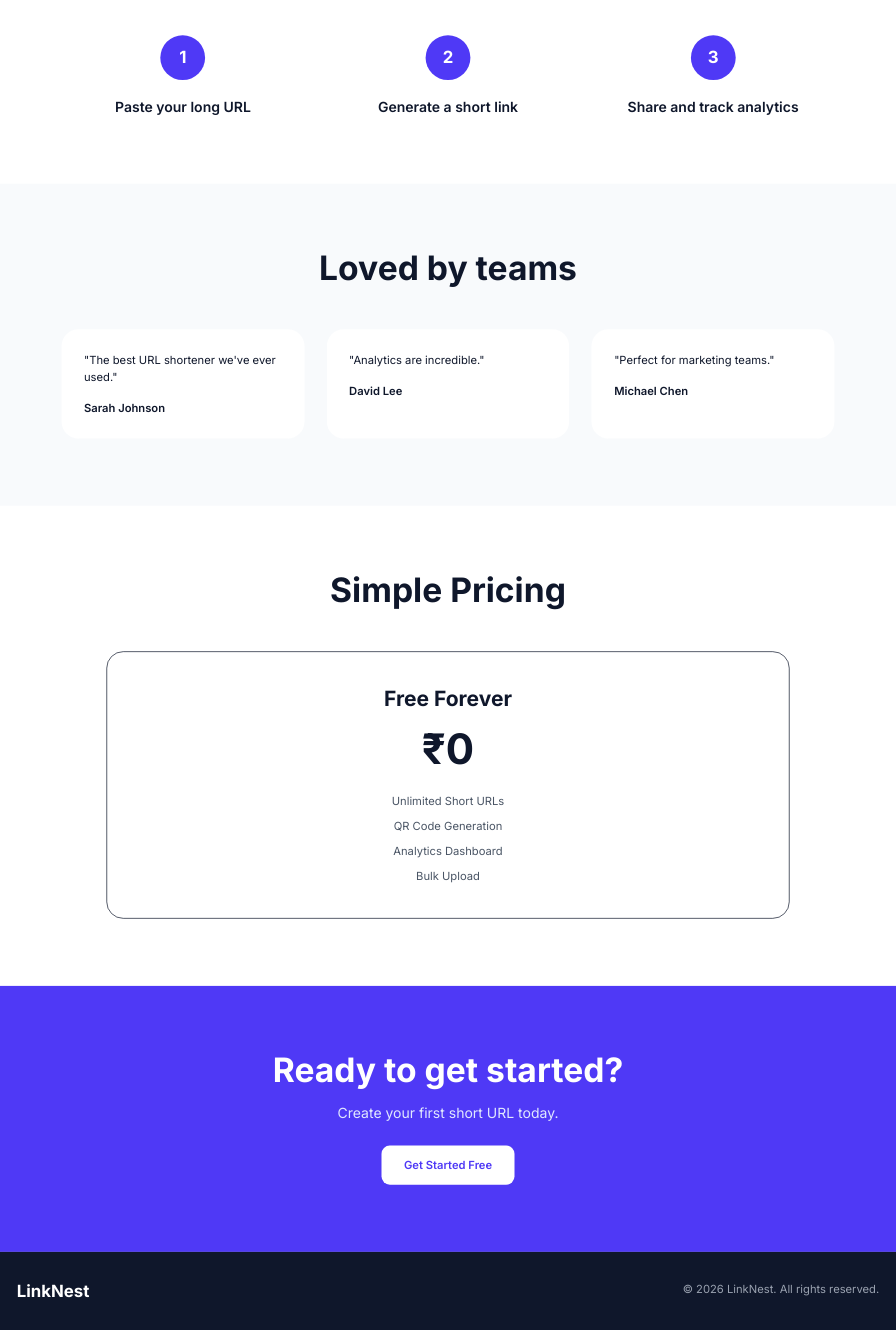
Repository: kiran2k5-ai/Url-Short
Page: / (app in url-shortener-frontend/)
The author's editor kept a copy of each file at every save. The page is drawn from the files as they stood at one save, then again after the next save.
The browser window is 1280 px wide. The pictures show the part of the page from y = 1689 to 3609 px (the page is 3589 px tall before and 3609 px after), at 70% of full size.
The page's requests for data from a server got no answer. The project was rebuilt for these pictures with package versions that can differ from the ones it lists, and the page was loaded fresh each time. No one was signed in, and anything a server would have sent is missing. Also part of the build but not shown: url-shortener-frontend/vite.config.js, url-shortener-frontend/src/services/api.js, url-shortener-frontend/src/services/authService.js, url-shortener-frontend/src/pages/Login.jsx, url-shortener-frontend/src/pages/Signup.jsx, url-shortener-frontend/src/api.js, url-shortener-frontend/src/context/AuthContext.jsx, url-shortener-frontend/src/pages/Dashboard.jsx and 1 more.

Above is the page before, as saved 2026-06-03 15:31:46.

After the next save:
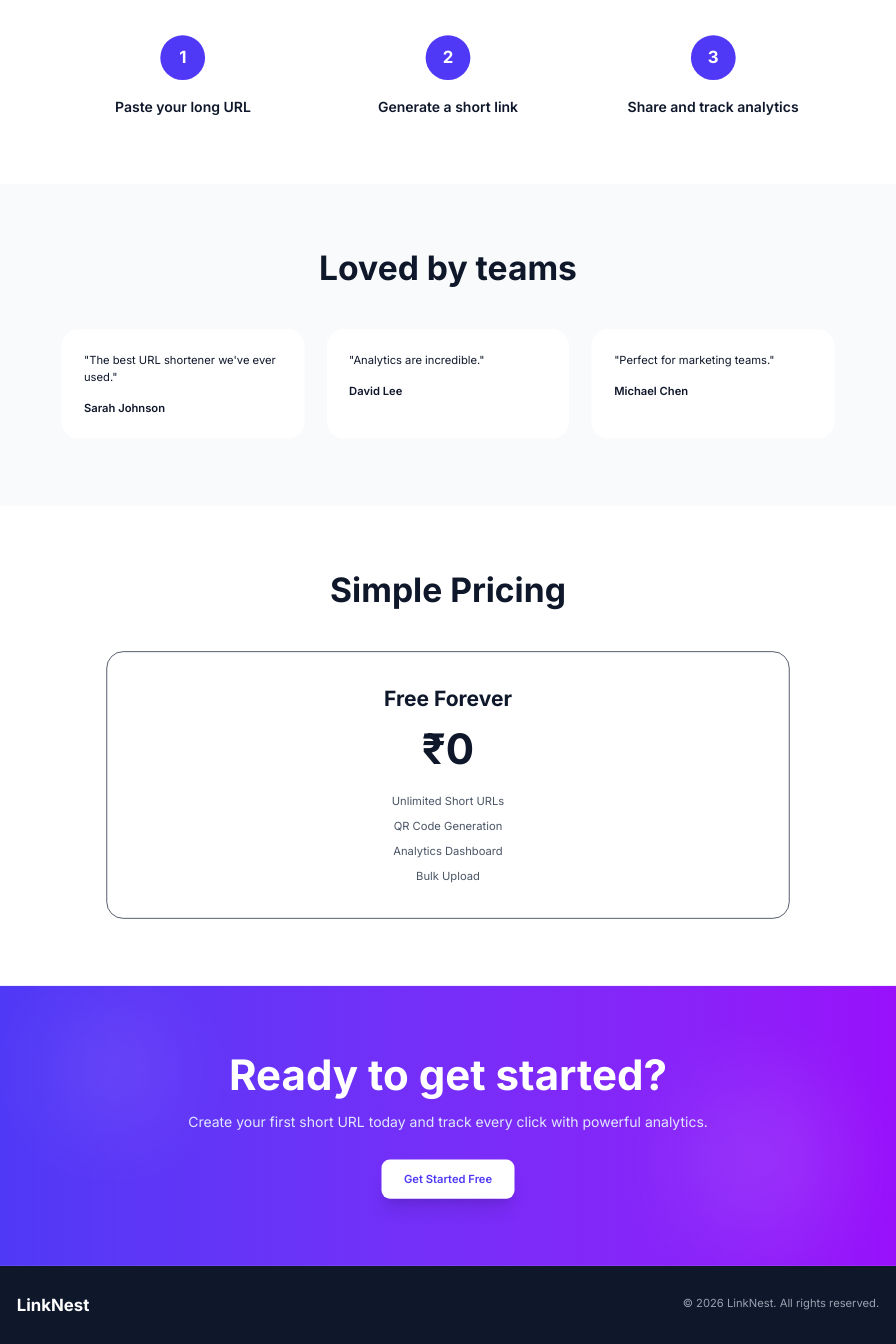
Saved 100 s later.
--- a/url-shortener-frontend/src/components/CTA.jsx
+++ b/url-shortener-frontend/src/components/CTA.jsx
@@ -1,28 +1,113 @@
 import { Link } from "react-router-dom";
+import { motion } from "framer-motion";
 
 function CTA() {
 
     return (
-        <section className="py-24 bg-indigo-600 text-white">
+        <section className="relative overflow-hidden py-24 bg-gradient-to-r from-indigo-600 to-purple-600 text-white">
 
-            <div className="max-w-5xl mx-auto px-6 text-center">
+            <div className="absolute top-10 left-20 w-40 h-40 rounded-full bg-white/10 blur-3xl"></div>
 
-                <h2 className="text-5xl font-bold">
+            <div className="absolute bottom-10 right-20 w-56 h-56 rounded-full bg-white/10 blur-3xl"></div>
+
+            <motion.div
+                initial={{
+                    opacity: 0,
+                    y: 40
+                }}
+                whileInView={{
+                    opacity: 1,
+                    y: 0
+                }}
+                viewport={{
+                    once: true
+                }}
+                transition={{
+                    duration: 0.8
+                }}
+                className="max-w-5xl mx-auto px-6 text-center relative z-10"
+            >
+
+                <motion.h2
+                    initial={{
+                        opacity: 0,
+                        y: 20
+                    }}
+                    whileInView={{
+                        opacity: 1,
+                        y: 0
+                    }}
+                    viewport={{
+                        once: true
+                    }}
+                    transition={{
+                        delay: 0.2,
+                        duration: 0.6
+                    }}
+                    className="text-5xl md:text-6xl font-bold"
+                >
                     Ready to get started?
-                </h2>
+                </motion.h2>
 
-                <p className="mt-6 text-xl text-indigo-100">
-                    Create your first short URL today.
-                </p>
+                <motion.p
+                    initial={{
+                        opacity: 0
+                    }}
+                    whileInView={{
+                        opacity: 1
+                    }}
+                    viewport={{
+                        once: true
+                    }}
+                    transition={{
+                        delay: 0.4,
+                        duration: 0.6
+                    }}
+                    className="mt-6 text-xl text-indigo-100"
+                >
+                    Create your first short URL today and
+                    track every click with powerful analytics.
+                </motion.p>
 
-                <Link
-                    to="/signup"
-                    className="inline-block mt-8 bg-white text-indigo-600 px-8 py-4 rounded-xl font-semibold"
+                <motion.div
+                    initial={{
+                        opacity: 0,
+                        scale: 0.9
+                    }}
+                    whileInView={{
+                        opacity: 1,
+                        scale: 1
+                    }}
+                    viewport={{
+                        once: true
+                    }}
+                    transition={{
+                        delay: 0.6,
+                        duration: 0.5
+                    }}
+                    className="mt-10"
                 >
-                    Get Started Free
-                </Link>
 
-            </div>
+                    <motion.div
+                        whileHover={{
+                            scale: 1.08,
+                            y: -4
+                        }}
+                        whileTap={{
+                            scale: 0.95
+                        }}
+                    >
+                        <Link
+                            to="/signup"
+                            className="inline-block bg-white text-indigo-600 px-8 py-4 rounded-xl font-semibold shadow-xl"
+                        >
+                            Get Started Free
+                        </Link>
+                    </motion.div>
+
+                </motion.div>
+
+            </motion.div>
 
         </section>
     );
